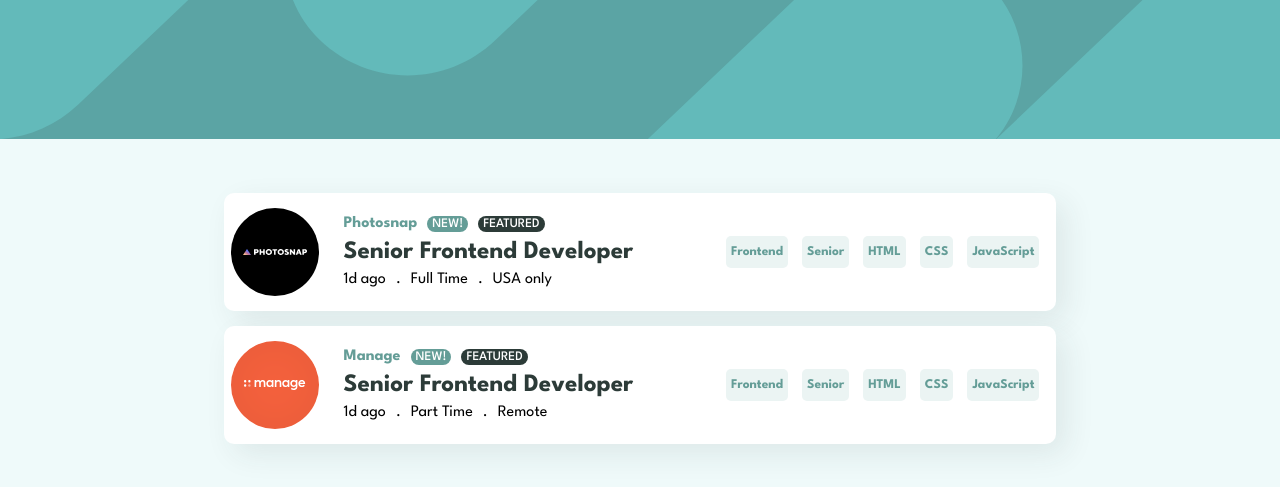
Repository: Eldream12/JobListing
Page: index.html
The author's editor kept a copy of each file at every save. The page is drawn from the files as they stood at one save, then again after the next save.
The browser window is 1280 px wide. The pictures show the whole page.

Above is the page before, as saved 2025-03-31 21:21:18.

After the next save:
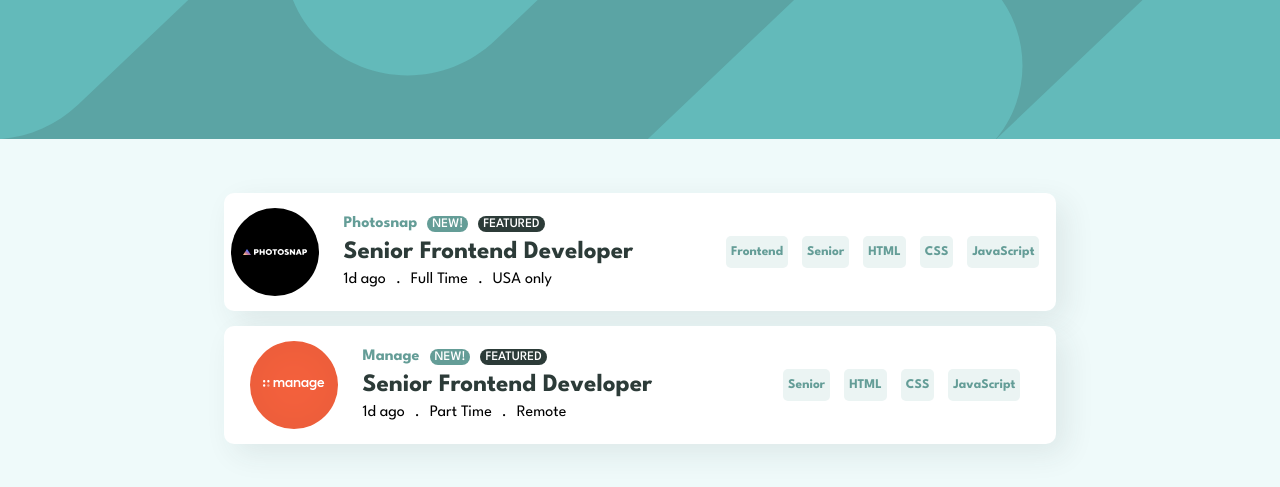
Saved 19 s later.
--- a/index.html
+++ b/index.html
@@ -78,7 +78,7 @@
 					</div>
 
 					<div class="btn">
-						<button>Frontend</button>
+						<!-- <button>Frontend</button> -->
 						<button>Senior</button>
 						<button>HTML</button>
 						<button>CSS</button>
